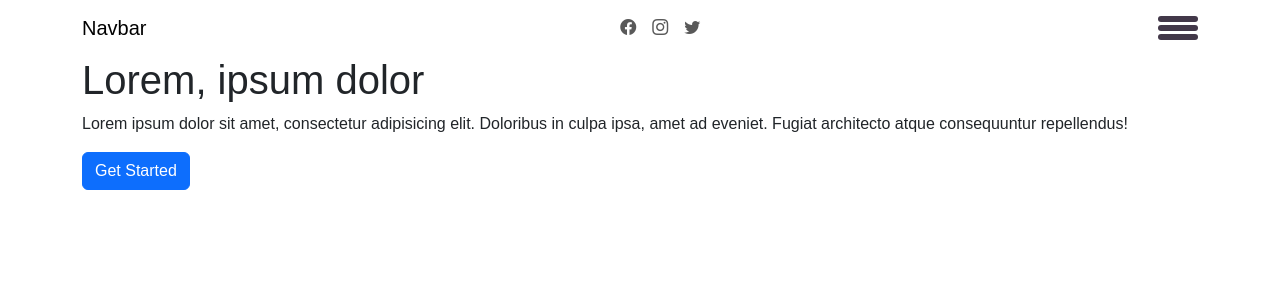
Repository: tagnam/project27012025
Page: index.html
The author's editor kept a copy of each file at every save. The page is drawn from the files as they stood at one save, then again after the next save.
The browser window is 1280 px wide. The pictures show the whole page.

Above is the page before, as saved 2025-01-27 13:54:11.

After the next save:
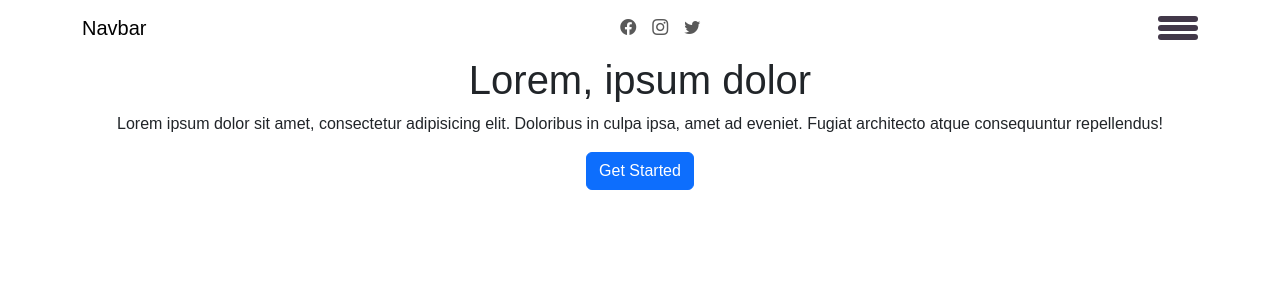
Saved 4 s later.
--- a/style/css/index.css
+++ b/style/css/index.css
@@ -38,4 +38,6 @@ header{
     cursor: pointer;
 }
 
-.banner-content
+.banner-content{
+    text-align: center;
+}
